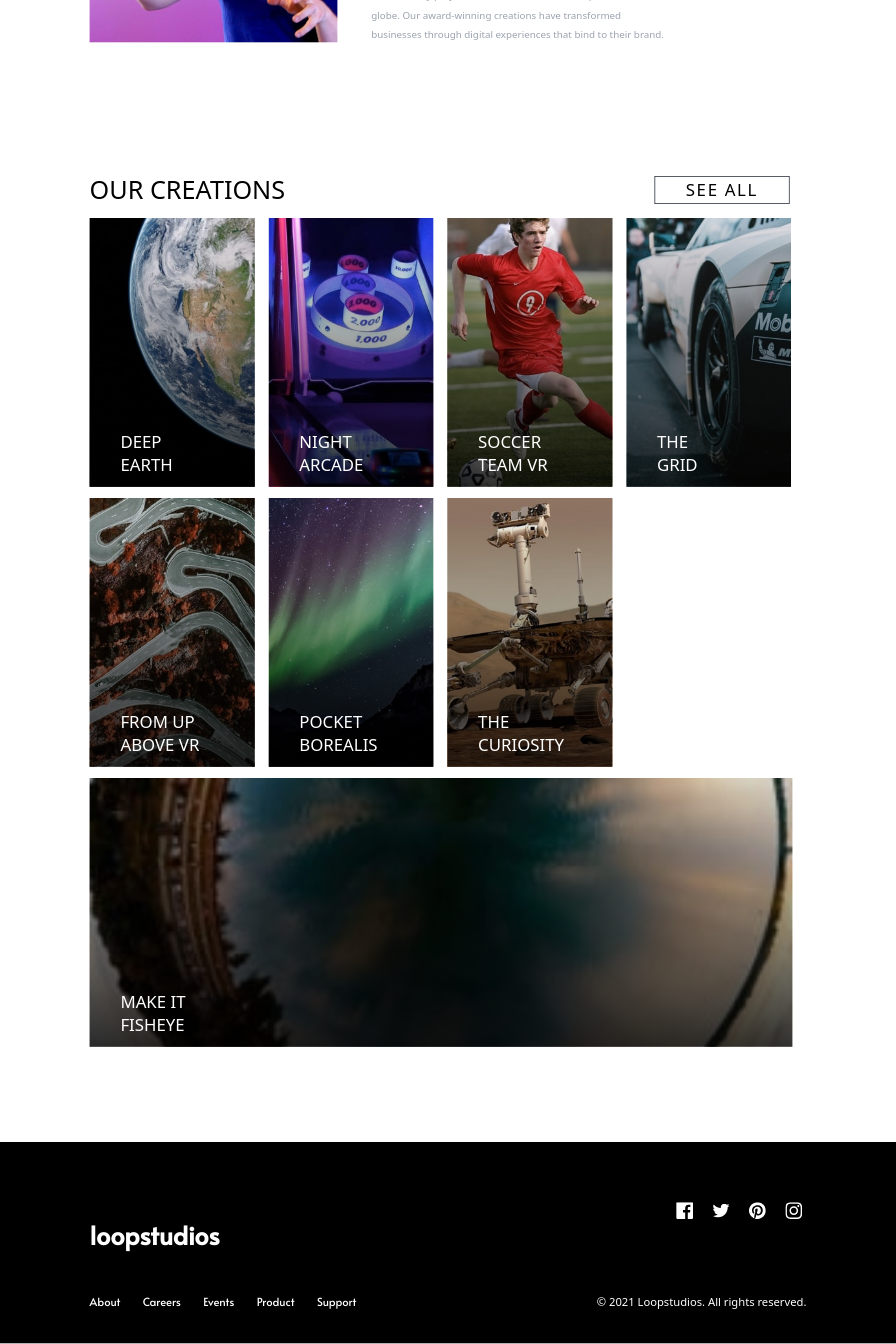
Repository: CAMPSLOPY/StudioLoopApp
Page: index.html
These files come from the project's save history. The page is drawn as it stood at one moment and after a run of saves; the edit follows.
The browser window is 1280 px wide. The pictures show the part of the page from y = 1208 to 3128 px (the page is 3128 px tall before and 2728 px after), at 70% of full size.
Some web fonts or font styles are not loaded; a fallback is used. Some web libraries are served in a nearby version.

Above is the page before, as saved 2021-02-26 03:01:43.

### index.html
<!DOCTYPE html>
<html lang="en">
  <head>
    <title>LoopStudios</title>
    <meta charset="UTF-8" />
    <meta name="viewport" content="width=device-width, initial-scale=1.0" />
    <meta http-equiv="X-UA-Compatible" content="ie=edge" />
    <meta
      name="description"
      content="Building my Loop studio App with Tailwind Css"
    />
    <meta name="robots" content="index,follow" />
    <!-- font awesome -->
    <link
      rel="stylesheet"
      href="https://cdnjs.cloudflare.com/ajax/libs/font-awesome/5.11.2/css/all.min.css"
      integrity="sha256-+N4/V/SbAFiW1MPBCXnfnP9QSN3+Keu+NlB+0ev/YKQ="
      crossorigin="anonymous"
    />
    <link
      rel="icon"
      type="image/png"
      sizes="32x32"
      href="favicon-32x32.png"
    />
    <!-- TAILWIND CSS CDN -->
    <link href="https://unpkg.com/tailwindcss@^2/dist/tailwind.min.css" rel="stylesheet">

    <!-- animate on scroll -->
    <link rel="stylesheet" href="https://unpkg.com/aos@next/dist/aos.css" />

    <!-- STYLESHEET -->
    <link rel="stylesheet" href="main.css"/>
  </head>
  <body>
    <div class="overflow-hidden">
      <!--the whole wrapper-->

      <header
        class="relative bg-no-repeat bg-cover bg-center min-h-screen w-full md:min-h-6/3 lg:min-h-6 header-image"
      >
        <nav
          class="flex text-gray-50 items-center justify-between w-4/5 m-auto pt-8"
        >
          <h1 class="font-extralight text-4xl font-concert md:text-6xl">
            <a href="">loopstudios</a>
          </h1>
          <button id="burger" class="md:hidden">
            <i class="fas fa-bars text-4xl"></i>
          </button>
          <ul class="hidden md:flex">
            <li class="px-1.5 nav-item">
              <a class="nav-link" href="#About"> About</a>
            </li>
            <li class="px-1.5 nav-item">
              <a class="nav-link" href="#Career">Careers</a>
            </li>
            <li class="px-1.5 nav-item">
              <a class="nav-link" href="#Event">Events</a>
            </li>
            <li class="px-1.5 nav-item">
              <a class="nav-link" href="#Product">Products</a>
            </li>
            <li class="px-1.5 nav-item">
              <a class="nav-link" href="#Support">Support</a>
            </li>
          </ul>
        </nav>

        <p
          class="font-normal md:font-thin tracking-widest absolute top-64 left-11 md:left-32 md:top-36 text-white text-3xl md:text-6xl border-2 pr-10 md:pr-56 py-11 pl-6"
        >
          IMMERSIVE<br />
          EXPERIENCES <br />
          THAT DELIVER
        </p>
      </header>
      <!--modal -->
      <div
        id="modal-body"
        class="modal-body hidden fixed flex w-full h-full top-0 left-0 z-50 bg-black text-white flex-col"
      >
        <div class="modal-logo flex justify-between w-4/5 m-auto">
          <h1 class="text-4xl">
            <a href="">loopstudios</a>
          </h1>
          <button class="toggle relative" id="toggle">
            <i class="fas fa-times text-3xl p-4"></i>
          </button>
        </div>

        <ul class="flex flex-col w-4/5 m-auto modal-links uppercase font-light">
          <li class="my-4">
            <a class="text-3xl links" href="#About"> About</a>
          </li>
          <li class="my-4">
            <a class="text-3xl links" href="#Careers">Careers</a>
          </li>
          <li class="my-4">
            <a class="text-3xl links" href="#Event">Events</a>
          </li>
          <li class="my-4">
            <a class="text-3xl links" href="#Products">Products</a>
          </li>
          <li class="my-4">
            <a class="text-3xl links" href="#Support">Support</a>
          </li>
        </ul>
      </div>
      <!--modal end-->
      <section
        id="About"
        class="relative hero-section w-full min-h-screen md:bg-white md:w-4/5 m-auto block md:flex md:min-h-90 text-white justify-center items-center"
      >
        <div class="w-11/12 m-auto pt-24 md:pt-12" data-aos="fade-right">
          <img
            class="w-full h-full object-cover"
            src="/images/desktop/image-interactive.jpg"
            alt="a man with a Vr Device "
          />
        </div>

        <div
          data-aos="fade-left"
          class="w-full -bottom-24 right-32 px-10 relative z-0 md:z-10 bg-white text-gray-900 block md:flex md:justify-center md:items-center md:flex-col pb-20 md:p-4"
        >
          <div class="w-full m-auto relative -right-32 md:right-0 md:-left-20">
            <h1
              data-aos="fade-up"
              data-aos-delay="800"
              data-aos-duration="1000"
              class="text-4xl tracking-widest text-center md:ml-10"
            >
              THE LEADER IN <br />
              INTERACTIVE VR
            </h1>
          </div>
          <div
            class="my-4 w-full -px-2 left-32 w-4/6 md:w-full text-center md:text-left md:left-11 relative md:-right-10 md:px-8 md:py-4"
          >
            <span
              class="relative right-0 md:right-11 text-left tracking-widest md:tracking-normal text-sm md:relative leading-loose text-gray-400"
            >
              Founded in 2011, Loopstudios has been producing world-class <br />
              virtual reality projects for some of the best companies around the
              <br />
              globe. Our award-winning creations have transformed <br />
              businesses through digital experiences that bind to their brand.
            </span>
          </div>
        </div>
      </section>

      <section class="creation relative">
        <div
          id="Event"
          class="creation-body-content min-h-screen pb-20 flex flex-col w-4/5 m-auto md:w-4/5 md:m-auto relative"
        >
          <div
            class="creation-text flex md:text-center md:justify-between my-5"
          >
            <h1 class="font-josefin relative left-0 md:left-0 text-4xl">
              OUR CREATIONS
            </h1>
            <button
              class="text-2xl absolute bottom-2 right-14 text-small font-alata tracking-widest py-2 md:py-0 md:text-small md:relative md:-left-6 md:bottom-0 border border-gray-900 px-11 tracking-widest hover:bg-black hover:text-white"
            >
              SEE ALL
            </button>
          </div>

          <div
            id="Career"
            class="creation-images flex flex-col flex-wrap md:flex-row cursor-pointer"
          >
            <div
              data-aos="fade-right"
              id="card-box"
              class="relative bg-no-repeat bg-cover bg-center earth mr-5 mb-4 card h-38 w-full md:h-96 md:w-better card-box"
            >
              <img
                src="/images/mobile/image-deep-earth.jpg"
                alt="a picture of the earth"
                class="object-cover w-full h-full block md:hidden"
              />

              <p
                class="absolute bottom-4 left-11 text-white text-2xl font-josefin card-box-p"
              >
                DEEP <br />
                EARTH
              </p>
            </div>
            <div
              data-aos="fade-up"
              id="card-box"
              class="card-box relative bg-no-repeat bg-cover bg-center card mr-5 mb-4 arcade h-32 w-full md:h-96 md:w-better"
            >
              <img
                src="/images/mobile/image-night-arcade.jpg"
                alt="a picture of a cassette tape"
                class="object-cover w-full h-full block md:hidden"
              />
              <p
                class="absolute bottom-4 left-11 text-white text-2xl font-josefin card-box-p"
              >
                NIGHT <br />
                ARCADE
              </p>
            </div>
            <div
              data-aos="fade-down"
              id="card-box"
              class="card-box relative h-38 w-full card mr-5 mb-4 vr md:h-96 bg-no-repeat bg-cover bg-center md:w-better"
            >
              <img
                src="/images/mobile/image-soccer-team.jpg"
                alt="a picture of a football player"
                class="object-cover w-full h-full block md:hidden"
              />
              <p
                class="absolute bottom-4 left-11 text-white text-2xl font-josefin card-box-p"
              >
                SOCCER <br />
                TEAM VR
              </p>
            </div>
            <div
              data-aos="fade-left"
              id="card-box"
              class="card-box relative h-38 w-full mr-5 mb-4 card gridd md:h-96 bg-no-repeat bg-cover bg-center md:w-better"
            >
              <img
                src="/images/mobile/image-grid.jpg"
                alt="a picture of a sport car"
                class="object-cover w-full h-full block md:hidden"
              />

              <p
                class="absolute bottom-4 left-11 text-white text-2xl font-josefin card-box-p"
              >
                THE <br />
                GRID
              </p>
            </div>
            <div
              data-aos="fade-right"
              id="card-box"
              class="card-box relative mr-5 mb-4 h-38 w-full card above-vr md:h-96 bg-no-repeat bg-cover bg-center md:w-better"
            >
              <img
                src="/images/mobile/image-from-above.jpg"
                alt="a picture of a curvy road on the mountains"
                class="object-cover w-full h-full block md:hidden"
              />
              <p
                class="absolute bottom-4 left-11 text-white text-2xl font-josefin card-box-p"
              >
                FROM UP <br />
                ABOVE VR
              </p>
            </div>
            <div
              data-aos="fade-down"
              id="card-box"
              class="card-box relative h-38 w-full mr-5 mb-4 card borealis md:h-96 bg-no-repeat bg-cover bg-center md:w-better"
            >
              <img
                src="/images/mobile/image-pocket-borealis.jpg"
                alt="picture of the moon, star and a mountain"
                class="object-cover w-full h-full block md:hidden"
              />
              <p
                class="absolute bottom-4 left-11 text-white text-2xl font-josefin card-box-p"
              >
                POCKET <br />
                BOREALIS
              </p>
            </div>
            <div
              data-aos="fade-up"
              id="card-box"
              class="card-box relative mr-5 mb-4 h-38 w-full card curiosity md:h-96 bg-no-repeat bg-cover bg-center md:w-better"
            >
              <img
                src="/images/mobile/image-curiosity.jpg"
                alt="picture of a network radar"
                class="object-cover w-full h-full block md:hidden"
              />
              <p
                class="absolute bottom-4 left-11 text-white text-2xl font-josefin card-box-p"
              >
                THE <br />
                CURIOSITY
              </p>
            </div>
            <div
              data-aos="fade-left"
              id="card-box"
              class="relative mr-5 mb-4 h-38 w-full card fisheye md:h-96 bg-no-repeat bg-cover bg-center md:w-better"
            >
              <img
                src="/images/mobile/image-curiosity.jpg"
                alt="picture of a network radar"
                class="object-cover w-full h-full block md:hidden"
              />
              <p
                class="absolute bottom-4 left-11 text-white text-2xl font-josefin card-box-p"
              >
                MAKE IT <br />
                FISHEYE
              </p>
            </div>
          </div>
        </div>
      </section>

      <footer
        id="Support"
        class="min-h-60 md:min-h-60 bg-black text-white mt-10 relative"
      >
        <div
          class="footer-body w-full flex flex-col relative -bottom-52 md:-bottom-40"
        >
          <div
            class="footer-logo w-4/5 m-auto md:pb-8 flex md:flex-row flex-col justify-between relative"
          >
            <h3 class="my-8 pt-16 text-center md:text-left font-bold text-4xl">
              loopstudios
            </h3>
            <ul
              class="footer-socials flex justify-center items-center relative -bottom-52 md:bottom-0"
            >
              <li class="px-1.5 footer-item">
                <a class="footer-link" href=""
                  ><img
                    class="pb-1"
                    src="./images/icon-facebook.svg"
                    alt="facebook official logo"
                /></a>
              </li>
              <li class="px-1.5 footer-item">
                <a class="footer-link" href=""
                  ><img
                    class="pb-1"
                    src="./images/icon-twitter.svg"
                    alt="twitter logo"
                /></a>
              </li>
              <li class="px-1.5 footer-item">
                <a class="footer-link" href=""
                  ><img
                    class="pb-1"
                    src="./images/icon-pinterest.svg"
                    alt="pinterest logo"
                /></a>
              </li>
              <li class="px-1.5 footer-item">
                <a class="footer-link" href=""
                  ><img
                    class="pb-1"
                    src="./images/icon-instagram.svg"
                    alt="instagram logo"
                /></a>
              </li>
            </ul>
          </div>
          <div
            class="relative w-4/5 m-auto flex flex-col md:flex-row md:justify-between"
          >
            <ul
              class="relative bottom-11 md:bottom-8 flex flex-col md:flex-row items-center md:justify-around my-2 md:m-0"
            >
              <li class="py-2 relative left-28 md:-left-4 footer-item md:pr-4">
                <a class="pb-1 footer-link footer-links" href="#about">About</a>
              </li>
              <li class="py-2 relative left-28 md:-left-4 footer-item md:pr-4">
                <a class="pb-1 footer-link footer-links" href="#careers"
                  >Careers</a
                >
              </li>
              <li class="py-2 footer-item left-28 relative md:-left-4 md:pr-4">
                <a class="pb-1 footer-link footer-links" href="#events"
                  >Events</a
                >
              </li>
              <li class="py-2 footer-item left-28 relative md:-left-4 md:pr-4">
                <a class="pb-1 footer-link footer-links" href="#products"
                  >Product</a
                >
              </li>
              <li class="py-2 footer-item left-28 relative md:-left-4 md:pr-4">
                <a class="pb-1 footer-link footer-links" href="#support"
                  >Support</a
                >
              </li>
            </ul>
            <span class="pb-16">
              <p class="text-gray-600 md:text-white">
                © 2021 Loopstudios. All rights reserved.
              </p></span
            >
          </div>

          <div
            class="hidden attribution absolute pb-4 -bottom-16 left-60 text-gray-600"
          >
            <a>Challenge by</a>

            <a
              class="text-blue-300"
              href="https://www.frontendmentor.io?ref=challenge"
              target="_blank"
              >Frontend Mentor</a
            >
            Coded by
            <a class="text-blue-300" href="https://github.com/CAMPSLOPY">
              CampSlopy 👨🏾‍🦲</a
            >
          </div>
        </div>
      </footer>
    </div>
    <!-- animate On scroll script -->
    <script src="https://unpkg.com/aos@next/dist/aos.js"></script>
    <!-- workflow script -->
    <script src="app.js"></script>
  </body>
</html>

### main.css
@import url("https://fonts.googleapis.com/css2?family=Alata&family=Josefin+Sans:ital,wght@0,200;1,400&display=swap");
@import url("https://fonts.googleapis.com/css2?family=Concert+One&display=swap");

html {
  scroll-behavior: smooth;
}
.header-image {
  background-image: linear-gradient(to top, rgba(0, 0, 0, 0.8), transparent),
    url(./images/desktop/image-hero.jpg);
}

.earth {
  background-image: linear-gradient(to top, rgba(0, 0, 0, 0.8), transparent),
    url(./images/desktop/image-deep-earth.jpg);
}

.arcade {
  background-image: linear-gradient(to top, rgba(0, 0, 0, 0.8), transparent),
    url(./images/desktop/image-night-arcade.jpg);
}
.vr {
  background-image: linear-gradient(to top, rgba(0, 0, 0, 0.8), transparent),
    url(./images/desktop/image-soccer-team.jpg);
}

.gridd {
  background-image: linear-gradient(to top, rgba(0, 0, 0, 0.8), transparent),
    url(./images/desktop/image-grid.jpg);
}

.above-vr {
  background-image: linear-gradient(to top, rgba(0, 0, 0, 0.8), transparent),
    url(./images/desktop/image-from-above.jpg);
}

.borealis {
  background-image: linear-gradient(to top, rgba(0, 0, 0, 0.8), transparent),
    url(./images/desktop/image-pocket-borealis.jpg);
}

.curiosity {
  background-image: linear-gradient(to top, rgba(0, 0, 0, 0.8), transparent),
    url(./images/desktop/image-curiosity.jpg);
}
.fisheye {
  background-image: linear-gradient(to top, rgba(0, 0, 0, 0.8), transparent),
    url(./images/desktop/image-fisheye.jpg);
}

.menu:hover {
  border-bottom: 1px solid #0000;
}

.footer-body {
  transform: translate(-50%, -50%);
  top: 50%;
  left: 50%;
}

body {
  overflow-x: hidden;
}

#card-box::before {
  content: "";
  position: absolute;
  top: 0;
  left: 0;
  display: block;
  width: 100%;
  height: 100%;
  background: rgba(255, 255, 255, 0.6);
  z-index: 2;
  transition: 0.5s;
  opacity: 0;
}

#card-box:hover:before {
  opacity: 1;
}

#card-box:hover .card-box-p {
  color: black;
  z-index: 3;
}

.toggle {
  top: -20px;
  right: -15px;
}

.toggle .fa-times {
  font-size: 2.7rem;
}

/* desktop styling for the nav links */
.nav-item {
  list-style: none;
  font-size: 1rem;
  margin-bottom: 1rem;
  margin: 0 auto;
  margin-left: 1.5rem;
}

.nav-link {
  position: relative;
  color: #fff;
  text-decoration: none;
  font-family: "Alata", sans-serif;
}

.nav-link::after {
  content: "";
  position: absolute;
  top: 2rem;
  background-color: #fff;
  height: 0.2rem;
  width: 0%;
  opacity: 0;
  transition: all 0.5s ease-in-out;
}

.nav-link::before {
  content: "";
  position: absolute;
  top: 2rem;
  background-color: #fff;
  height: 0.2rem;
  width: 0%;
  opacity: 0;
  transition: all 0.5s ease-in-out;
}

.nav-link::before {
  right: 32%;
}

.nav-link::after {
  left: 32%;
}

.nav-link:hover::after,
.nav-link:hover::before {
  width: 0.8rem;
  opacity: 1;
}

/* FOOTER*/

.footer-link::after {
  left: 20%;
}
.footer-link::before {
  right: 20%;
}

.footer-links::after {
  left: 40%;
}
.footer-links::before {
  right: 40%;
}

.footer-link::before {
  content: "";
  position: absolute;
  top: 2rem;
  background-color: #fff;
  height: 0.2rem;
  width: 0%;
  opacity: 0;
  transition: all 0.5s ease-in-out;
}

.footer-link::after {
  content: "";
  position: absolute;
  top: 2rem;
  background-color: #fff;
  height: 0.2rem;
  width: 0%;
  opacity: 0;
  transition: all 0.5s ease-in-out;
}

.footer-link {
  position: relative;
  color: #fff;
  text-decoration: none;
  font-family: "Alata", sans-serif;
}

.footer-item {
  list-style: none;
  font-size: 1rem;
  margin-bottom: 1rem;
  margin: 0 auto;
  margin-left: 1rem;
  text-align: center;
}
.footer-link:hover::after,
.footer-link:hover::before {
  width: 0.8rem;
  opacity: 1;
}

.footer-logo h3 {
  font-family: "Alata", sans-serif;
}


/* Card-box */

.card-box{
    width: 23%;
}

Loaded but not shown: app.js (24 lines, source omitted)

After the next 2 saves:
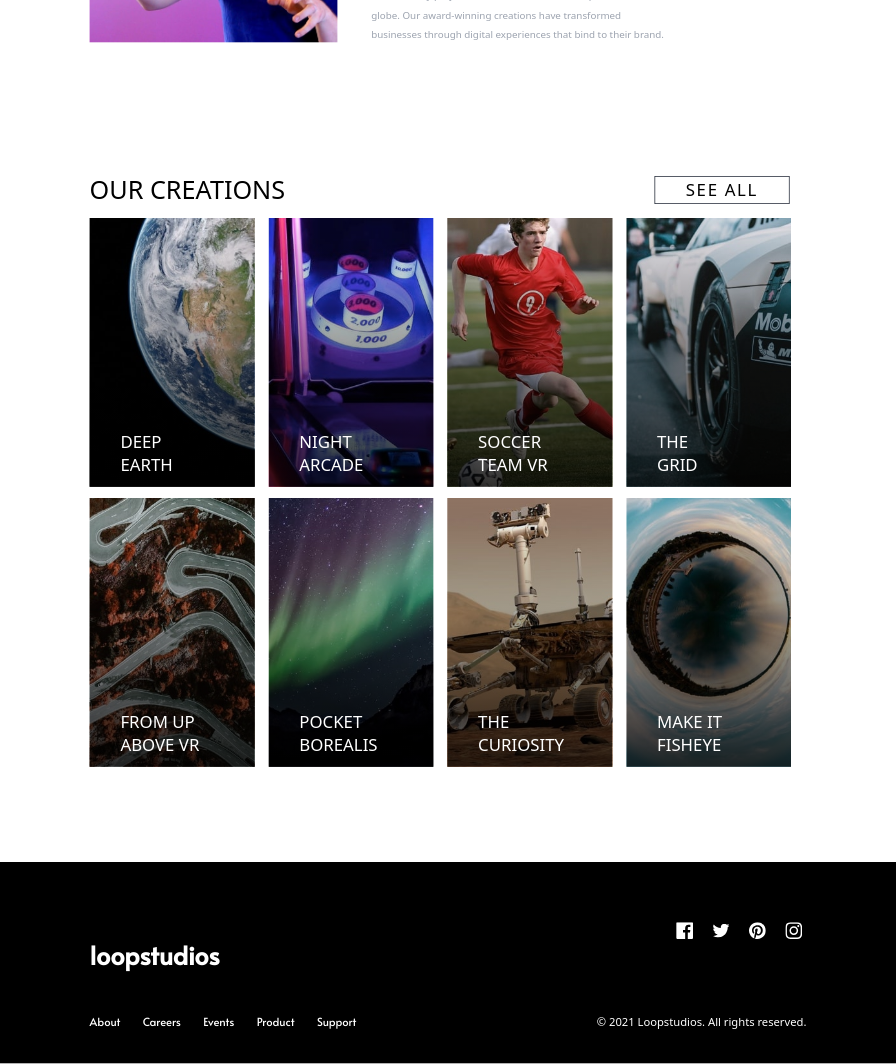
The 2 saves are shown as one change because they came seconds apart.
The last was saved 8 s later.
--- a/index.html
+++ b/index.html
@@ -297,7 +297,7 @@
             <div
               data-aos="fade-left"
               id="card-box"
-              class="relative mr-5 mb-4 h-38 w-full card fisheye md:h-96 bg-no-repeat bg-cover bg-center md:w-better"
+              class="card-box relative mr-5 mb-4 h-38 w-full card fisheye md:h-96 bg-no-repeat bg-cover bg-center md:w-better"
             >
               <img
                 src="/images/mobile/image-curiosity.jpg"

After the save that followed:
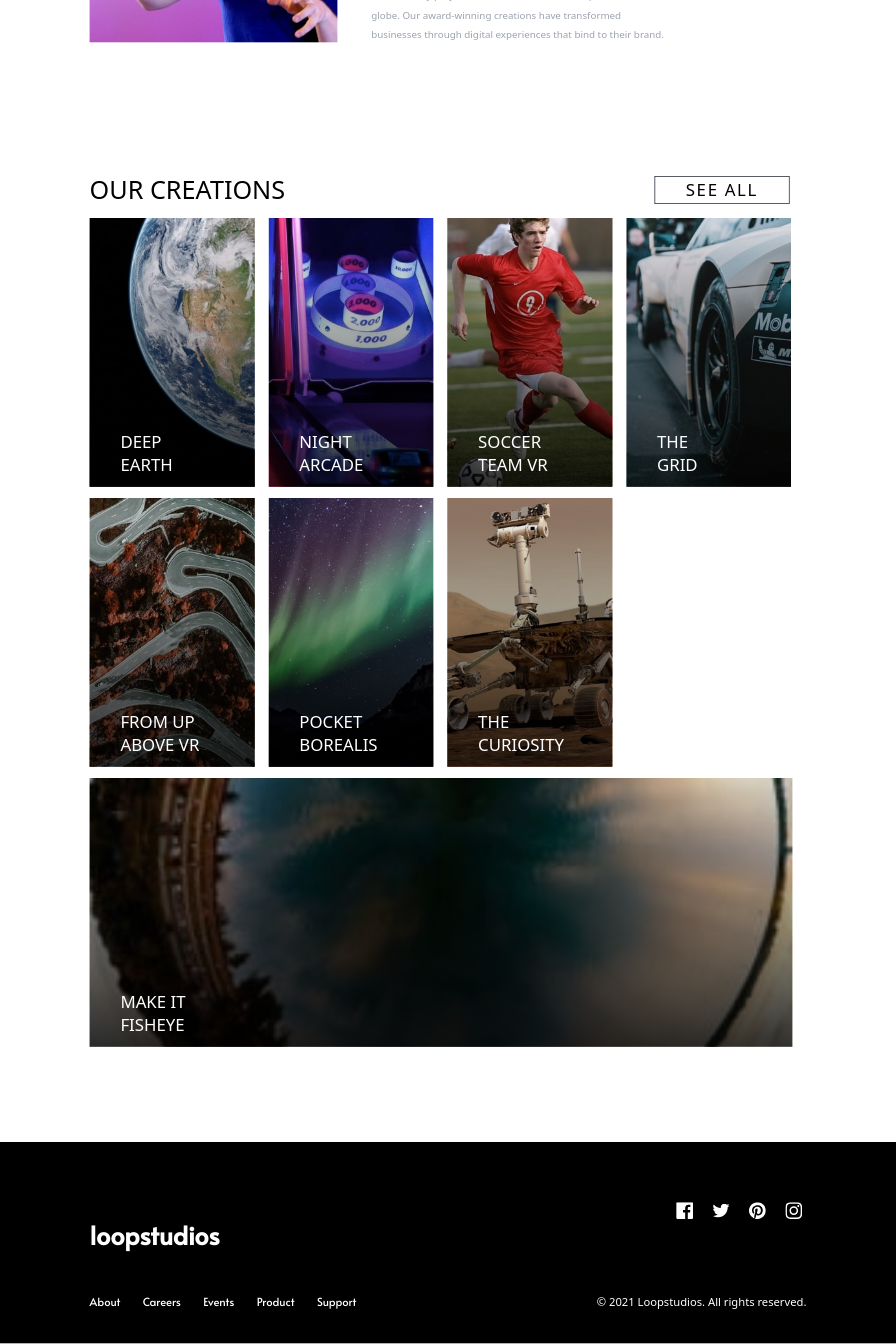
Saved 66 s later.
--- a/index.html
+++ b/index.html
@@ -297,7 +297,7 @@
             <div
               data-aos="fade-left"
               id="card-box"
-              class="card-box relative mr-5 mb-4 h-38 w-full card fisheye md:h-96 bg-no-repeat bg-cover bg-center md:w-better"
+              class="md:card-box relative mr-5 mb-4 h-38 w-full card fisheye md:h-96 bg-no-repeat bg-cover bg-center md:w-better"
             >
               <img
                 src="/images/mobile/image-curiosity.jpg"
